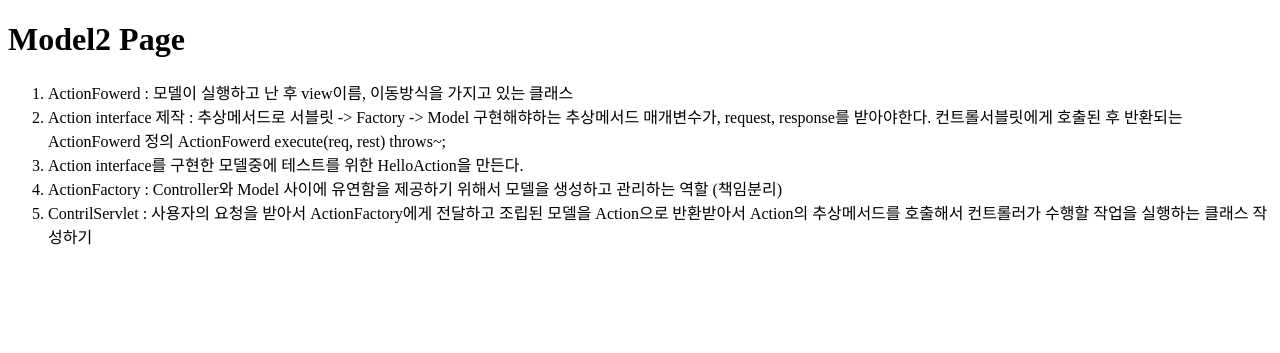
Repository: hyo-lang/java_ICT
Page: http://localhost/mvc1024/
An editor plug-in stored every save of this project. The page is shown before and after the next save, followed by the edit.
The browser window is 1280 px wide. The pictures show the whole page.
The page is served by Tomcat 9.

Above is the page before, as saved 2024-10-24 05:40:08.

After the next save:
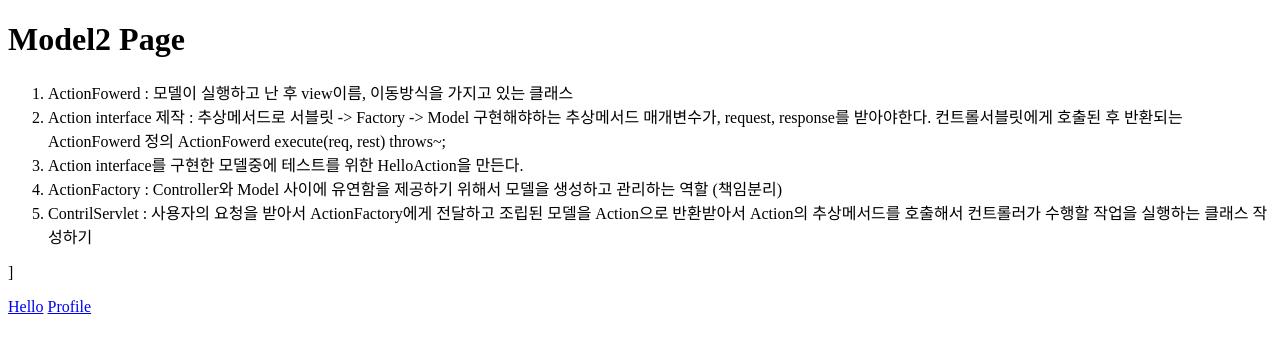
Saved 108 s later.
--- a/mvc1024/src/main/webapp/index.jsp
+++ b/mvc1024/src/main/webapp/index.jsp
@@ -18,6 +18,12 @@
 			관리하는 역할 (책임분리)</li>
 		<li>ContrilServlet : 사용자의 요청을 받아서 ActionFactory에게 전달하고 조립된 모델을
 			Action으로 반환받아서 Action의 추상메서드를 호출해서 컨트롤러가 수행할 작업을 실행하는 클래스 작성하기</li>
-	</ol>
+	</ol>]
+	<div>
+		<p>
+			<a href="mstudy.ict?cmd=hello">Hello</a>
+			<a href="mstudy.ict?cmd=profile">Profile</a>
+		</p>
+	</div>
 </body>
 </html>
